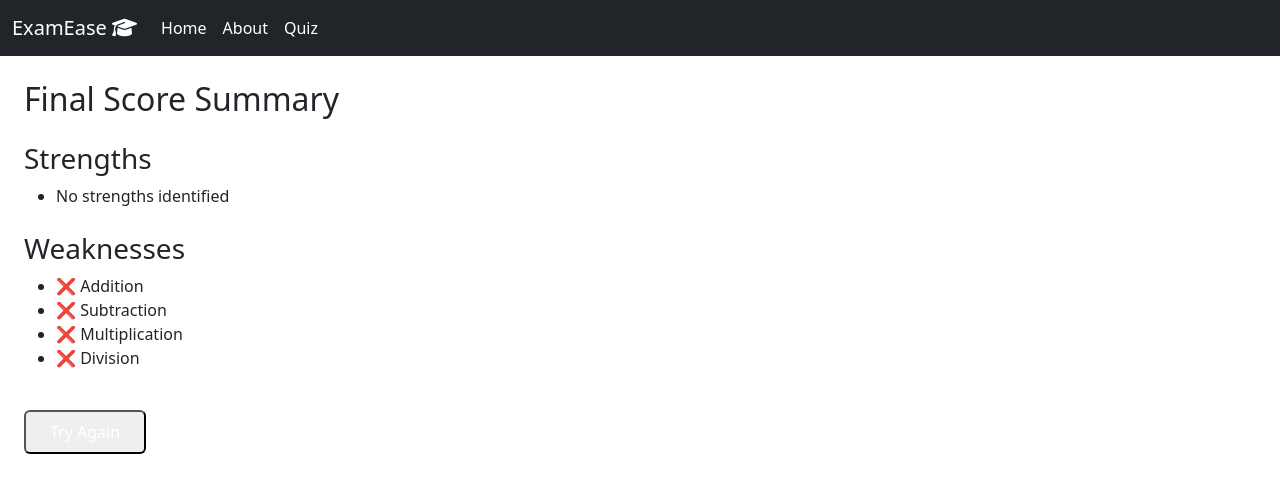
Repository: rahul-chakradhari/devquest
Page: /performance-analysis (app in project/)
An editor plug-in stored every save of this project. The page is shown before and after the next save, followed by the edit.
The browser window is 1280 px wide. The pictures show the whole page.
The project was rebuilt for these pictures with package versions that can differ from the ones it lists, and the page was loaded fresh each time. Also part of the build but not shown: project/vite.config.js, project/src/App.css, project/src/components/Home.jsx, project/src/components/About.jsx, project/src/components/ProgressBar.jsx, project/src/components/Quiz.jsx, project/src/index.css.

Above is the page before, as saved 2025-02-24 14:04:47.

### project/index.html
<!DOCTYPE html>
<html lang="en">
  <head>
    <meta charset="UTF-8" />
    <link rel="icon" type="image/svg+xml" href="/vite.svg" />
    <meta name="viewport" content="width=device-width, initial-scale=1.0" />
    <title>ExamEase - Interactive Quiz & Assessment System</title>
    <link
      href="https://cdn.jsdelivr.net/npm/bootstrap@5.3.3/dist/css/bootstrap.min.css"
      rel="stylesheet"
      integrity="sha384-QWTKZyjpPEjISv5WaRU9OFeRpok6YctnYmDr5pNlyT2bRjXh0JMhjY6hW+ALEwIH"
      crossorigin="anonymous"
    />
    <link rel="stylesheet" href="https://cdnjs.cloudflare.com/ajax/libs/font-awesome/6.5.1/css/all.min.css">

  </head>
  <body>
    <div id="root"></div>
    <script type="module" src="/src/main.jsx"></script>
    <script
      src="https://cdn.jsdelivr.net/npm/bootstrap@5.3.3/dist/js/bootstrap.bundle.min.js"
      integrity="sha384-YvpcrYf0tY3lHB60NNkmXc5s9fDVZLESaAA55NDzOxhy9GkcIdslK1eN7N6jIeHz"
      crossorigin="anonymous"
    ></script>
  </body>
</html>

### project/src/App.jsx
import { useState } from "react";
import "./App.css";
import React from "react";
import { BrowserRouter as Router, Routes, Route } from "react-router-dom";
import Navbar from "./components/Navbar";
import Home from "./components/Home";
import About from "./components/About";
import Quiz from "./components/Quiz";
import ProgressBar from "./components/ProgressBar";
import PerformanceAnalysis from "./components/PerformanceAnalysis";

function App() {
  const [count, setCount] = useState(0);
  const [questionStats, setQuestionStats] = useState({});
  return (
    <>
      <Router>
        <Navbar />
        <Routes>
          <Route path="/about" element={<About />} />
          <Route path="/" element={<Home />} />
          <Route path="/quiz" element={<Quiz />} />
          <Route path="/bar" element={<ProgressBar />} />
          <Route
            path="/performance-analysis"
            element={
              <PerformanceAnalysis questionStats={questionStats || {}} />
            }
          />
        </Routes>
      </Router>
    </>
  );
}

export default App;

### project/src/components/Navbar.jsx
import React from "react";
import { Link } from "react-router-dom";

const Navbar = () => {
  return (
    <nav className="navbar navbar-expand-lg navbar-dark bg-dark">
      <div className="container-fluid">
        <Link className="navbar-brand" to="/">
          ExamEase <i className="fa-solid fa-graduation-cap"></i>
        </Link>
        <button
          className="navbar-toggler"
          type="button"
          data-bs-toggle="collapse"
          data-bs-target="#navbarSupportedContent"
          aria-controls="navbarSupportedContent"
          aria-expanded="false"
          aria-label="Toggle navigation"
        >
          <span className="navbar-toggler-icon"></span>
        </button>
        <div className="collapse navbar-collapse" id="navbarSupportedContent">
          <ul className="navbar-nav me-auto mb-2 mb-lg-0">
            <li className="nav-item">
              <Link className="nav-link active" to="/">
                Home
              </Link>
            </li>
            <li className="nav-item">
              <Link className="nav-link active" to="/about">
                About
              </Link>
            </li>
            <li className="nav-item">
              <Link className="nav-link active" to="/quiz">
                Quiz
              </Link>
            </li>
          </ul>
        </div>
      </div>
    </nav>
  );
};

export default Navbar;

### project/src/components/PerformanceAnalysis.jsx
import React from "react";
import { useLocation, useNavigate } from "react-router-dom";

const PerformanceAnalysis = () => {
  const location = useLocation();
  const navigate = useNavigate();
  const correctAnswers = location.state?.correctAnswers || [];

  // Convert correctAnswers from 0-based to 1-based indexing
  const correctedAnswers = correctAnswers.map((q) => q + 1);

  // Define question categories correctly
  const questionCategories = {
    Addition: [1, 5, 9],
    Subtraction: [2, 4, 8],
    Multiplication: [3, 6, 10],
    Division: [7],
  };

  let questionStats = {
    Addition: 0,
    Subtraction: 0,
    Multiplication: 0,
    Division: 0,
  };

  // Count correct answers in each category
  correctedAnswers.forEach((q) => {
    for (let category in questionCategories) {
      if (questionCategories[category].includes(q)) {
        questionStats[category]++;
      }
    }
  });

  // Convert to array for processing
  const operationCounts = Object.entries(questionStats);

  // Finding max & min attempted operations
  const maxCount = Math.max(...Object.values(questionStats));

  // Identify strengths
  const strengths = operationCounts
    .filter(([_, count]) => count === maxCount && count > 0)
    .map(([operation]) => operation);

  // Identify weaknesses (All categories not in strengths)
  const allCategories = Object.keys(questionCategories);
  const weaknesses = allCategories.filter(
    (category) => !strengths.includes(category)
  );

  return (
    <div className="p-4 bg-white rounded-lg shadow-md">
      <h2 className="text-xl font-semibold">Final Score Summary</h2>

      <h3 className="mt-4 font-semibold text-green-600">Strengths</h3>
      <ul>
        {strengths.length > 0 ? (
          strengths.map((s, index) => <li key={index}>✅ {s}</li>)
        ) : (
          <li>No strengths identified</li>
        )}
      </ul>

      <h3 className="mt-4 font-semibold text-red-600">Weaknesses</h3>
      <ul>
        {weaknesses.length > 0 ? (
          weaknesses.map((w, index) => <li key={index}>❌ {w}</li>)
        ) : (
          <li>No weaknesses identified</li>
        )}
      </ul>

      <button
        className="mt-4 px-4 py-2 bg-blue-500 text-white rounded"
        onClick={() => navigate("/quiz")}
      >
        Try Again
      </button>
    </div>
  );
};

export default PerformanceAnalysis;

Loaded but not shown: project/src/main.jsx (common file)

After the next save:
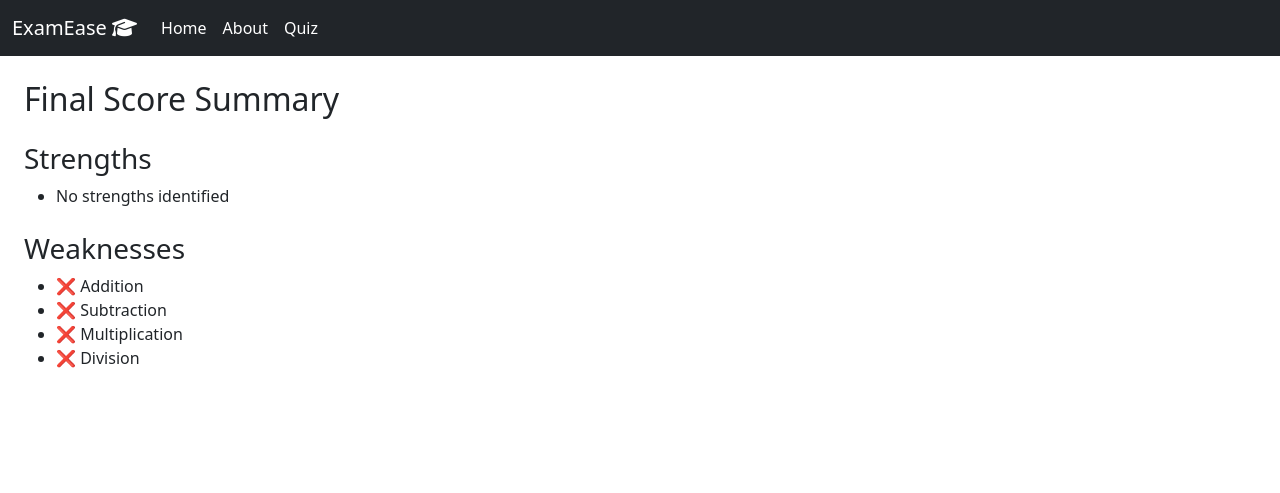
Saved 35 s later.
--- a/project/src/components/PerformanceAnalysis.jsx
+++ b/project/src/components/PerformanceAnalysis.jsx
@@ -71,13 +71,6 @@ const PerformanceAnalysis = () => {
           <li>No weaknesses identified</li>
         )}
       </ul>
-
-      <button
-        className="mt-4 px-4 py-2 bg-blue-500 text-white rounded"
-        onClick={() => navigate("/quiz")}
-      >
-        Try Again
-      </button>
     </div>
   );
 };
